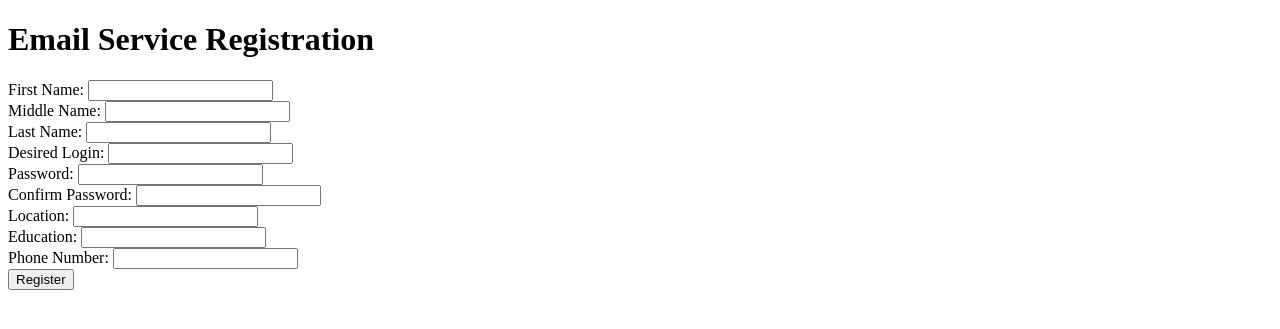
Repository: KnOX-07/eclipse-workspace
Page: ValidationForm/src/main/webapp/registration.html
These files come from the project's save history. The page is drawn as it stood at one moment and after the next save; the edit follows.
The browser window is 1280 px wide. The pictures show the whole page.

Above is the page before, as saved 2024-08-08 12:43:18.

After the next save:
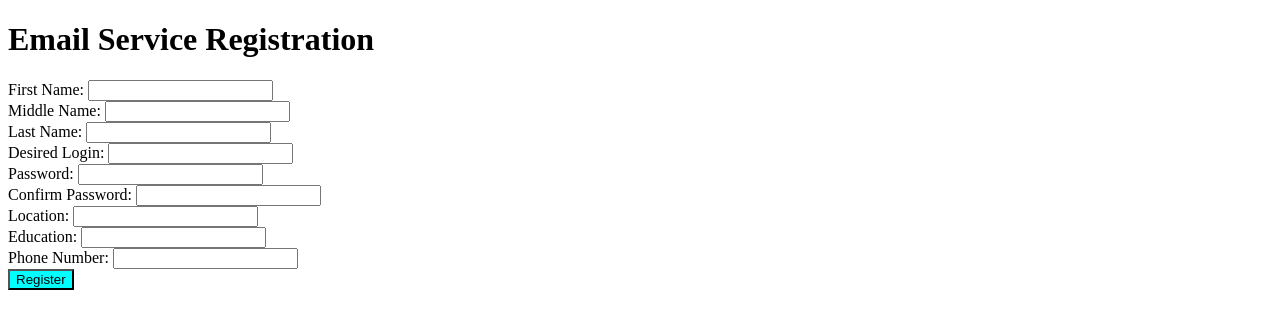
Saved 61 s later.
--- a/ValidationForm/src/main/webapp/registration.html
+++ b/ValidationForm/src/main/webapp/registration.html
@@ -34,7 +34,7 @@
         <label for="phoneNumber">Phone Number:</label>
         <input type="text" id="phoneNumber" name="phoneNumber"><br>
 
-        <input type="submit" value="Register" background-color:'cyan;'>
+        <input type="submit" value="Register" style='background-color: cyan;'>
     </form>
 </body>
 </html>
